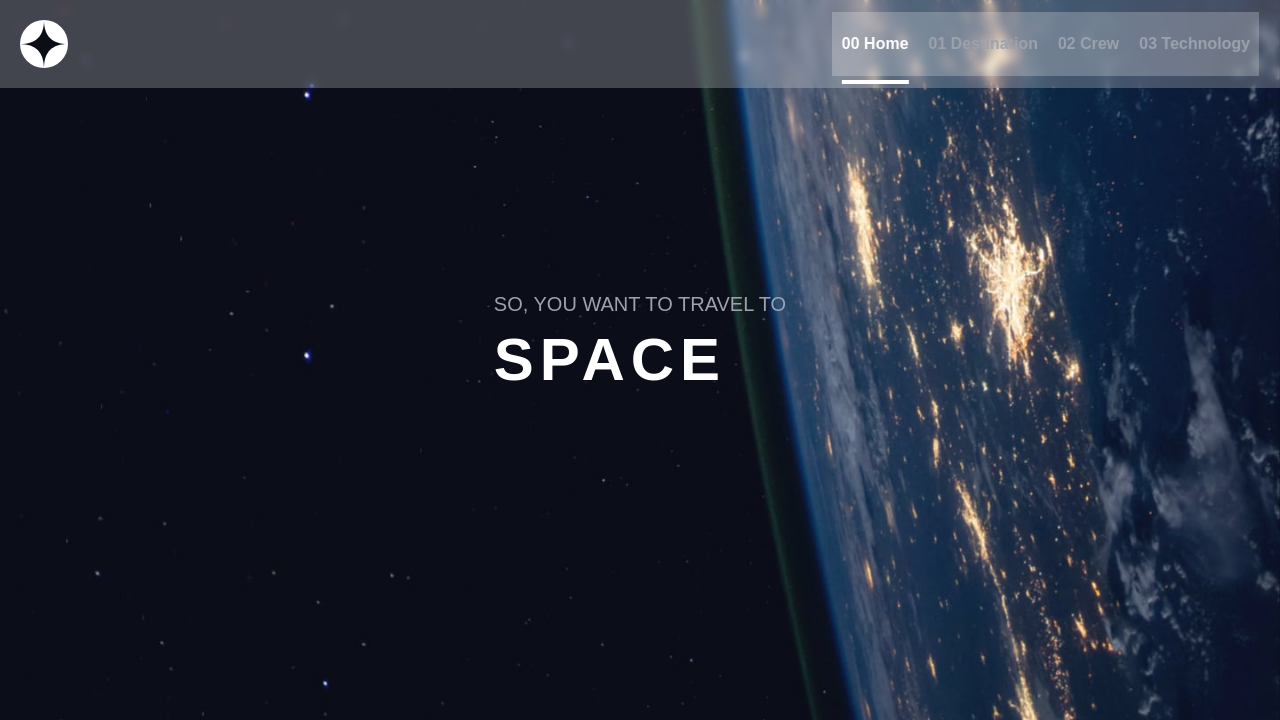
Repository: OmniaRafat232111121/Space-Toursim
Page: /
The author's editor kept a copy of each file at every save. The page is drawn from the files as they stood at one save, then again after the next save.
The browser window is 1280 px wide. The pictures show the whole page.
Some web fonts or font styles are not loaded; a fallback is used. The project was rebuilt for these pictures with package versions that can differ from the ones it lists, and the page was loaded fresh each time. Also part of the build but not shown: src/components/Destination.js, src/components/Crew.js, src/components/Technology.js, src/components/Error.js.

Above is the page before, as saved 2022-08-09 15:41:53.

### public/index.html
<!DOCTYPE html>
<html lang="en">
  <head>
    <meta charset="utf-8" />
    <link rel="icon" href="%PUBLIC_URL%/favicon-32x32.png" />
    <meta name="viewport" content="width=device-width, initial-scale=1" />
    <meta name="theme-color" content="#111827" />
    <meta name="description" content="Space Toursim Multi Page Website" />
    <link rel="apple-touch-icon" href="%PUBLIC_URL%/logo192.png" />
    <!--
      manifest.json provides metadata used when your web app is installed on a
      user's mobile device or desktop. See https://developers.google.com/web/fundamentals/web-app-manifest/
    -->
    <link rel="manifest" href="%PUBLIC_URL%/manifest.json" />
    <!--
      Notice the use of %PUBLIC_URL% in the tags above.
      It will be replaced with the URL of the `public` folder during the build.
      Only files inside the `public` folder can be referenced from the HTML.

      Unlike "/favicon.ico" or "favicon.ico", "%PUBLIC_URL%/favicon.ico" will
      work correctly both with client-side routing and a non-root public URL.
      Learn how to configure a non-root public URL by running `npm run build`.
    -->
    <link
      rel="stylesheet"
      href="https://cdnjs.cloudflare.com/ajax/libs/tailwindcss/2.2.17/tailwind.min.css"
      referrerpolicy="no-referrer"
    />
    <link rel="preconnect" href="https://fonts.googleapis.com" />
    <link rel="preconnect" href="https://fonts.gstatic.com" crossorigin />
    <link
      href="https://fonts.googleapis.com/css2?family=Mohave:wght@400&family=Zen+Antique&display=swap"
      rel="stylesheet"
    />
    <title>Space Tourism Multi Page Website</title>
  </head>
  <body>
    <noscript>You need to enable JavaScript to run this app.</noscript>
    <div id="root"></div>
    <!--
      This HTML file is a template.
      If you open it directly in the browser, you will see an empty page.

      You can add webfonts, meta tags, or analytics to this file.
      The build step will place the bundled scripts into the <body> tag.

      To begin the development, run `npm start` or `yarn start`.
      To create a production bundle, use `npm run build` or `yarn build`.
    -->
  </body>
</html>

### src/index.css
body {
  margin: 0;
  font-family: "Mohave", sans-serif;
  -webkit-font-smoothing: antialiased;
  -moz-osx-font-smoothing: grayscale;
}

h1,
h2 {
  font-family: "Zen Antique", sans-serif;
}

a {
  text-decoration: none;
}

img {
  max-width: 100%;
}

button,
img {
  user-select: none;
  -moz-user-select: none;
}

p {
  line-height: 1.8;
}

.gray {
  color: #7e7e7e;
}

.white {
  color: #ffffff;
}

.header {
  position: absolute;
  width: 100%;
  background-color: rgba(255, 255, 255, 0.233);
  backdrop-filter: blur(5px);
  --webkit-backdrop-fiter: blur(5px);
}

.header nav {
  display: none;
}

 .header nav.open {
  display: block;
}

.header nav ul {
  display: flex;
  flex-direction: column;
  align-items: center;
  justify-content: center;
  background-color: #111827;
  backdrop-filter: blur(10px);
  --webkit-backdrop-filter: blur(10px);
  width: calc(100vw - 50px);
  position: absolute;
  left: 50%;
  top: 100px;
  transform: translateX(-50%);
  z-index: 999;
}

 .header nav ul li {
  margin: 10px 0;
}

.menu {
  display: block;
}
.home {
  background: url("./starter-code/assets/home/background-home-mobile.jpg")
    no-repeat center/cover;
  height: calc(100vh - 1px);
}

.home .overlay {
  display: flex;
  flex-direction: column;
  align-items: center;
  justify-content: center;
  height: calc(100vh - 1px);
}

.destinations {
  background: url("./starter-code/assets/destination/background-destination-mobile.jpg")
    no-repeat center/cover;
  height: auto;
}

.crew {
  background: url("./starter-code/assets/crew/background-crew-mobile.jpg")
    no-repeat center/cover;
  height: auto;
}

.technology {
  background: url("./starter-code/assets/technology/background-technology-mobile.jpg")
    no-repeat center/cover;
  height: auto;
}
@media (min-width: 768px) {
  .menu {
    display: none;
  }

  .header nav {
    display: block;
  }

  .header nav ul {
    flex-direction: row;
    background-color: transparent;
    backdrop-filter: blur(0);
    --webkit-backdrop-filter: blur(0);
    position: relative;
    top: 0;
    right: 0;
    width: auto;
  }

  .header nav ul li {
    margin: 0 10px;
  }
}



@media (min-width: 768px) {
  .home {
    background: url("./starter-code/assets/home/background-home-tablet.jpg")
      no-repeat center/cover;
    height: calc(100vh - 1px);
  }

  .home .overlay {
    flex-direction: row;
  }

  .destinations {
    background: url("./starter-code/assets/destination/background-destination-tablet.jpg")
      no-repeat center/cover;
  }

  .crew {
    background: url("./starter-code/assets/crew/background-crew-tablet.jpg")
      no-repeat center/cover;
  }

  .technology {
    background: url("./starter-code/assets/technology/background-technology-tablet.jpg")
      no-repeat center/cover;
  }

  @media (min-width: 1280px) {
    p {
      font-size: 18px;
    }

    .home {
      background: url("./starter-code/assets/home/background-home-desktop.jpg")
        no-repeat center/cover;
      height: 100vh;
    }

    .home .overlay {
      max-width: 1200px;
      margin: auto;
    }

    .destinations {
      background: url("./starter-code/assets/destination/background-destination-desktop.jpg")
        no-repeat center/cover;
    }

    .crew {
      background: url("./starter-code/assets/crew/background-crew-desktop.jpg")
        no-repeat center/cover;
    }

    .technology {
      background: url("./starter-code/assets/technology/background-technology-desktop.jpg")
        no-repeat center/cover;
    }
  }
}

### src/App.js
import { BrowserRouter as Router, Route, Switch } from "react-router-dom"
import {
  Header,
  Home,
  Destination,
  Crew,
  Technology,
  Error,
} from "./components"

function App() {
  return (
    <Router>
      <main>
        <Header />

        <Switch>
          <Route path="/" exact>
            <Home />
          </Route>
          <Route path="/destination">
            <Destination />
          </Route>
          <Route path="/crew">
            <Crew />
          </Route>
          <Route path="/technology">
            <Technology />
          </Route>
          <Route path="*">
            <Error />
          </Route>
        </Switch>
      </main>
    </Router>
  )
}

export default App

### src/components/index.js
import Header from "./Header"
import Home from "./Home"
import Destination from "./Destination"
import Crew from "./Crew"
import Technology from "./Technology"
import Error from "./Error"

export { Header, Home, Destination, Crew, Technology, Error }

### src/components/Header.js
import React from 'react'
import { NavLink } from "react-router-dom"
import { FiMenu } from "react-icons/fi"
import logo from "../starter-code/assets/shared/logo.svg"

export default function Header() {
  const handleClick = () => {
    const navbar = document.getElementById("navbar")

    navbar.classList.toggle("open")
  }

  return (
    <>
      <header className="header px-5 flex items-center justify-between">
        <div className="py-5">
          <NavLink to="/">
            <img src={logo} alt="space" title="Travel to Space" />
          </NavLink>
        </div>

        {/* {isOpen && ( */}
        <nav id="navbar">
          <ul className="flex items-center">
            <li className="mx-2 py-5 text-gray-400 font-semibold">
              <NavLink
                to="/"
                exact
                activeClassName="text-white border-b-4 border-white pb-7"
              >
                <span>00</span> Home
              </NavLink>
            </li>
            <li className="mx-2 py-5 text-gray-400 font-semibold">
              <NavLink
                to="/destination"
                exact
                activeClassName="text-white border-b-4 border-white pb-7"
              >
                <span>01</span> Destination
              </NavLink>
            </li>
            <li className="mx-2 py-5 text-gray-400 font-semibold">
              <NavLink
                to="/crew"
                exact
                activeClassName="text-white border-b-4 border-white pb-7"
              >
                <span>02</span> Crew
              </NavLink>
            </li>
            <li className="mx-2 py-5 text-gray-400 font-semibold">
              <NavLink
                to="/technology"
                exact
                activeClassName="text-white border-b-4 border-white pb-7"
              >
                <span>03</span> Technology
              </NavLink>
            </li>
          </ul>
        </nav>
        {/* )} */}

        <div className="menu">
          <button id="menu" onClick={handleClick}>
            <FiMenu className="text-white text-4xl" />
          </button>
        </div>
      </header>
    </>
  )
}

### src/components/Home.js
export default function Home() {
  return (
    <>
      <section className="home">
      <div className="overlay">
      <article className="text-center md:text-left">
      <h1 className="text-gray-400 text-xl uppercase">
              So, you want to travel to{" "}
              <span className="block font-semibold tracking-widest text-4xl text-white md:text-5xl lg:text-6xl 2xl:text-7xl mb-10 mt-3">
                space
              </span>
            </h1>
      </article>
      </div>

      </section>
    </>
  )
}

Loaded but not shown: src/index.js (common file); src/reportWebVitals.js (common file)

After the next save:
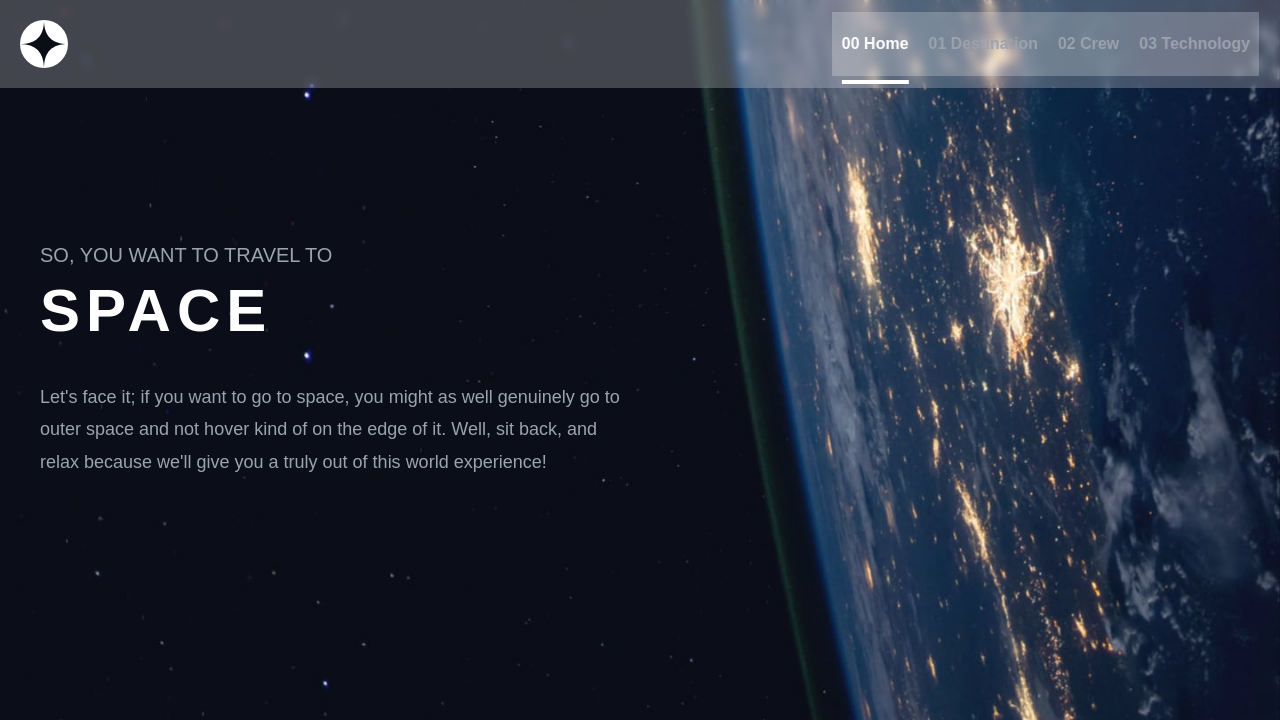
Saved 11 s later.
--- a/src/components/Home.js
+++ b/src/components/Home.js
@@ -10,6 +10,13 @@ export default function Home() {
                 space
               </span>
             </h1>
+
+            <p className="text-gray-400 md:w-11/12 lg:w-1/2">
+              Let's face it; if you want to go to space, you might as well
+              genuinely go to outer space and not hover kind of on the edge of
+              it. Well, sit back, and relax because we'll give you a truly out
+              of this world experience!
+            </p>
       </article>
       </div>
 
